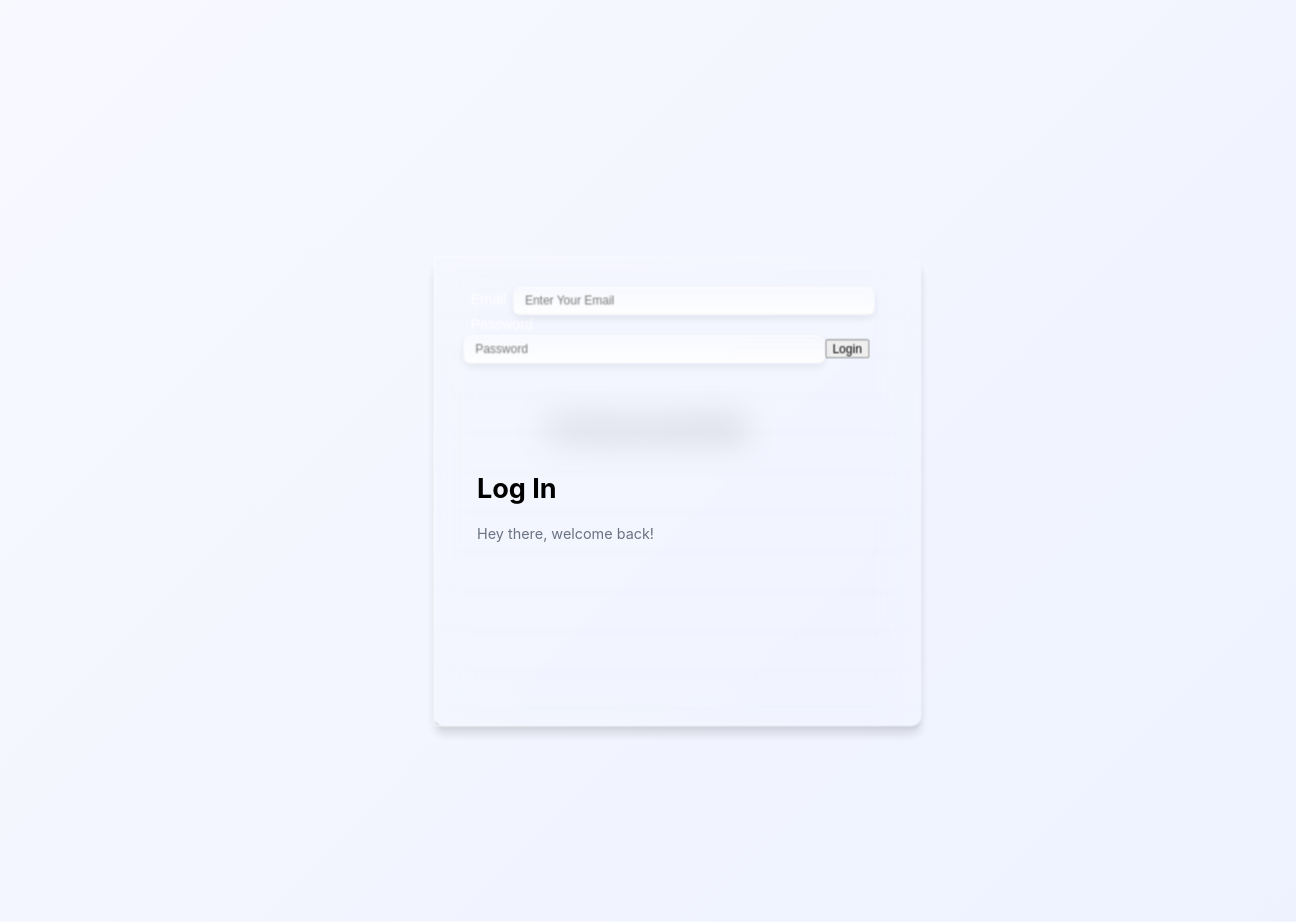
Repository: AfifaNoor/Admin_Panel-React-
Page: /
These files come from the project's save history. The page is drawn as it stood at one moment and after the next save; the edit follows.
The browser window is 1280 px wide. The page is 1440 px wide, so the pictures cover 1440 px, including what lies to the right of the window. The pictures show the whole page, at 90% of full size.
The project was rebuilt for these pictures with package versions that can differ from the ones it lists, and the page was loaded fresh each time. Also part of the build but not shown: src/SignUp.jsx.

Above is the page before, as saved 2025-07-10 16:01:23.

After the next save:
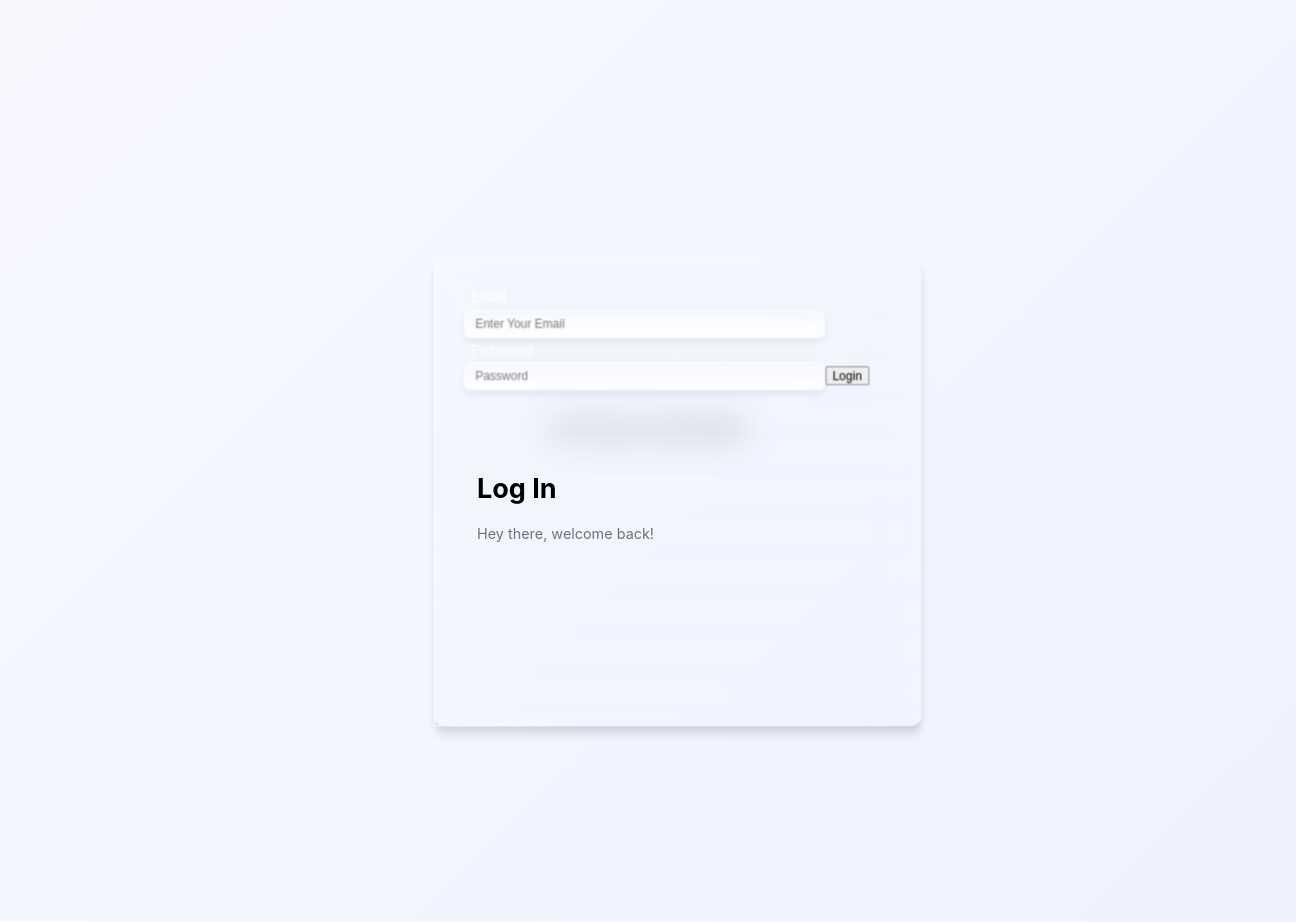
Saved 11 s later.
--- a/src/LoginPage.css
+++ b/src/LoginPage.css
@@ -97,7 +97,7 @@ border: none;
 border-radius: 6px;
 padding: 2px 8px;
 cursor: pointer;
-display: inline-;
+display: inline-flex;
 
 }
 
